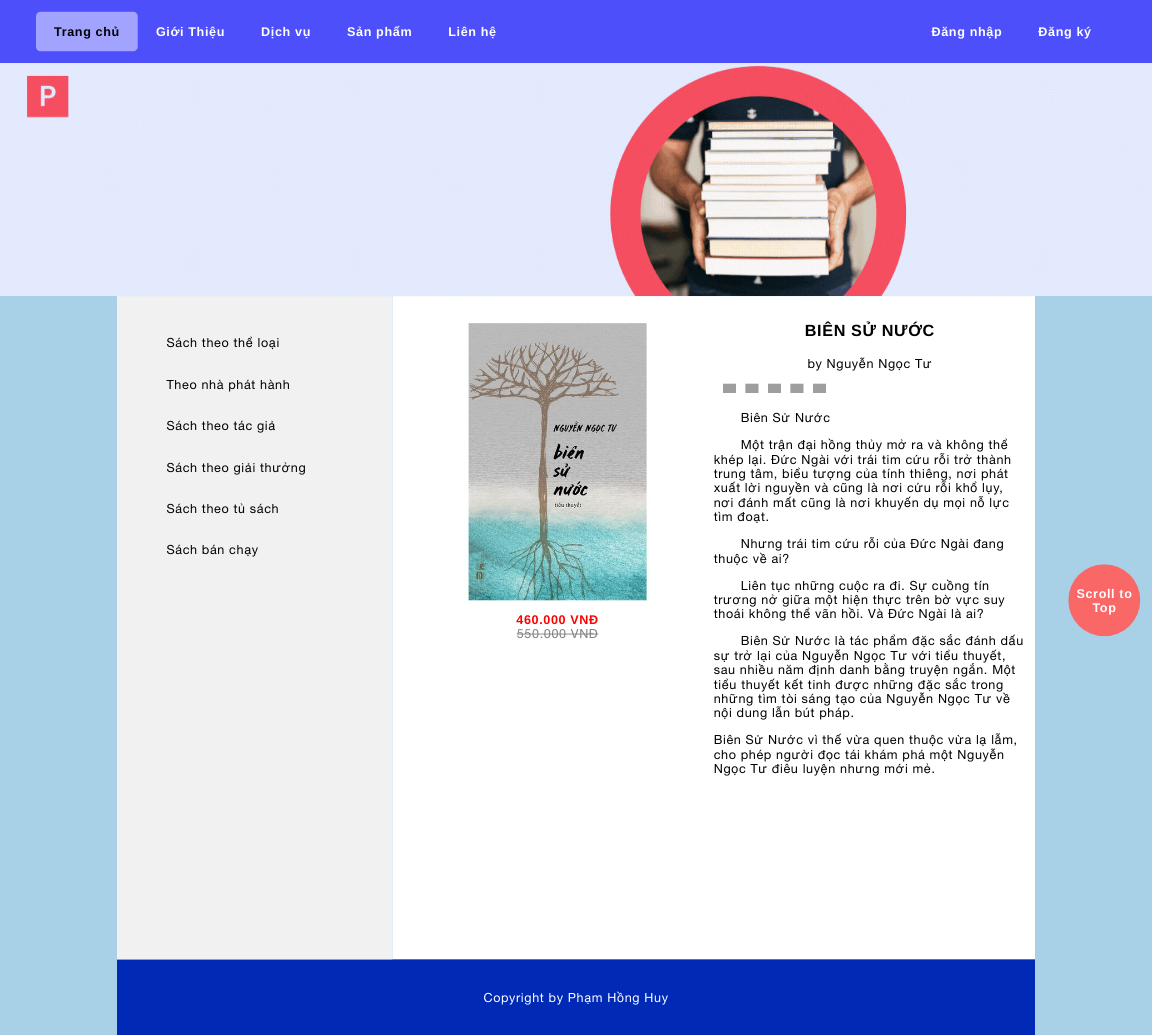
Repository: phamhonghuy/bookstore
Page: item1.html
These files come from the project's save history. The page is drawn as it stood at one moment and after a run of saves; the edit follows.
The browser window is 1280 px wide. The pictures show the whole page, at 90% of full size.
Pictures or frames that could not be fetched are drawn as grey boxes.

Above is the page before, as saved 2021-10-13 20:26:28.

### item1.html
<!DOCTYPE html>
<html lang="en">
<head>
    <meta charset="UTF-8">
    <title> Bookshop: Buy books online. Support local bookstores.</title>
    <link rel="stylesheet" href="css/style.css" type="text/css" />
    <link rel="shortcut icon" href="./KTGK/image/Logo.png" />

</head>


<div class="navbar">
  <ul>
    <li><a class="active" href="./index.html">Trang chủ</a></li>
    <li><a href="./about.html">Giới Thiệu</a>
          <ul >
            <li><a href="#">Chính sách</a></li>
            <li><a href="#">Mua hàng</a></li>
            <li><a href="#">Thanh toán</a>
            </li>
          </ul>
    </li>
    <li><a href="./services.html">Dịch vụ</a>
        <ul >
        <li><a href="#">Đọc Online</a></li>
        <li><a href="#">Tư liệu</a></li>
        </li>
        </ul>
    </li>
    <li><a href="./product.html">Sản phẩm</a>
        <ul >
        <li><a href="#">Sách trong nước</a></li>
        <li><a href="#">Sách nước ngoài</a></li>
        <li><a href="#">Sách số</a>
        </li>
        </ul>
    </li>
    <li><a href="./contact.html">Liên hệ</a></li>
  </ul>
  <div class ="login">
      <ul>
        <li><a href="./login.html">Đăng nhập</a></li>
        <li><a href="./signup.html"> Đăng ký</a></li>
      </ul>
  </div>
</div>
  <div class="header">
    <h1></h1>

  </div>


  <div class="row">
    <div class="side">
      <ul >
        <li><a href="#">Sách theo thể loại</a>
            <ul class="acer">
                <li><a href="#">Văn học</a></li>
                <li><a href="#">Kinh tế</a></li>
                <li><a href="#">Kỹ năng sống</a></li>
                </li>
            </ul>
        </li>
        <li><a href="#">Theo nhà phát hành</a>
            <ul class="dell">
                <li><a href="#">Phương Nam</a></li>
                <li><a href="#">NXB trẻ</a></li>
                <li><a href="#">Alpha Books</a></li>
            </ul>
        </li>
        <li><a href="#">Sách theo tác giả</a>
            <ul class="dell">
                <li><a href="#">Thích Nhất Hạnh</a></li>
                <li><a href="#">Phạm Công Luận</a></li>
                <li><a href="#">Tô Hoài</a></li>
            </ul>
        </li>
        <li><a href="#">Sách theo giải thưởng</a>
            <ul class="dell">
                <li><a href="#">Ưu thích</a></li>
                <li><a href="#">Nobel</a></li>
                <li><a href="#">Bầu chọn</a></li>
            </ul>
        </li>
        <li><a href="#">Sách theo tủ sách</a>
            <ul class="dell">
              <li><a href="#">Sách ưu đãi</a></li>
              <li><a href="#">Sống xanh</a></li>
              <li><a href="#">Top 100</a></li>
            </ul>
        </li>
        <li><a href="#">Sách bán chạy</a>
            <ul class="dell">
                <li><a href="#">Văn học</a></li>
                <li><a href="#">Thiếu nhi</a></li>
                <li><a href="#">Tuôi Teen</a></li>
            </ul>
        </li>
      </ul>
  </div>
  <div class="main">
    <div class="item-details">
     <a href="./item1.html"><img src="./KTGK/image/book1.jpg" alt="item1"></a>
      <div class="block-gia">
        <div class="gia">
        <div class="gia-ban"><strong>460.000 VNĐ</strong></div>
        <div class="gia-cu"><del>550.000 VNĐ</del></div>

        </div>
      </div>
      <form>
        <button name="buy_button" type="submit" onclick="alert('Đã thêm vào giỏ hàng.')" value="1">Mua Ngay</button>
      </form>
    </div>
    <div class="details">
      <p class="book-name">BIÊN SỬ NƯỚC</p>
      <p class="book-author">by Nguyễn Ngọc Tư</p>

      <div class="star">
        <span size="12x12" class="ratingStar"></span>
        <span size="12x12" class="ratingStar"></span>
        <span size="12x12" class="ratingStar"></span>
        <span size="12x12" class="ratingStar"></span>
        <span size="12x12" class="ratingStar"></span>
      </div>
    </br>
      <div class="book-description">
        <p class="book-description">Biên Sử Nước
        <p class="book-description">Một trận đại hồng thủy mở ra và không thể khép lại. Đức Ngài với trái tim cứu rỗi trở thành trung tâm, biểu tượng của tính thiêng, nơi phát xuất lời nguyền và cũng là nơi cứu rỗi khổ lụy, nơi đánh mất cũng là nơi khuyến dụ mọi nỗ lực tìm đoạt.</p>
        <p class="book-description">Nhưng trái tim cứu rỗi của Đức Ngài đang thuộc về ai?</p>
        <p class="book-description">
          Liên tục những cuộc ra đi. Sự cuồng tín trương nở giữa một hiện thực trên bờ vực suy thoái không thể vãn hồi.
          Và Đức Ngài là ai?</p>
        <p class="book-description">Biên Sử Nước là tác phẩm đặc sắc đánh dấu sự trở lại của Nguyễn Ngọc Tư với tiểu thuyết, sau nhiều năm định danh bằng truyện ngắn. Một tiểu thuyết kết tinh được những đặc sắc trong những tìm tòi sáng tạo của Nguyễn Ngọc Tư về nội dung lẫn bút pháp.</p>
        Biên Sử Nước vì thế vừa quen thuộc vừa lạ lẫm, cho phép người đọc tái khám phá một Nguyễn Ngọc Tư điêu luyện nhưng mới mẻ.</p>
      </div>
    </div>

    <button onclick='window.scrollTo({top: 0, behavior: "smooth"});' class="scrollTotop">Scroll to Top</button>

  </div>

  <div class="footer">
    <p>Copyright by Phạm Hồng Huy</p>
  </div>

</html>

### css/style.css
html {
  scroll-behavior: smooth;
}
* {
    box-sizing: border-box;
    font-family: Helvetica;
    letter-spacing: 0.7px;
    font-size: 14px;
  }
  @font-face {
    font-family:Helvetica;
    src: url(/font/helveticaneue.ttf);
}


body {
    font-family:inherit;
    margin: auto;
    font-size: 1em;
    min-width: 1200px;
    background-color: #A8D0E6;

  }

.header {
    text-align: center;
    height: 25vmax;
    background: #42c9ff;
    color: white;
    background-image: url(../KTGK/image/Banner.gif);
    background-repeat: no-repeat;
    background-size:cover;
    min-width: 900px;
    width: 100%;
  }

.navbar {
    display: flex;
    background-color: rgb(76, 79, 250);
    position:fixed;
    top: 0;
    width: 100%;
    height: 70px;
    align-items: center;
    z-index: 5;
  }
.navbar .active {
    background-color: rgb(161, 163, 255);
    color:#000;
    border-radius: 5px;
  }
.navbar div.login {
    display: flex;
    background-color: rgb(76, 79, 250);
    position:fixed;
    width: 300px;
    align-items: center;
    float: right;
    right: 5px;
  }

.navbar ul li a {
    color: white;
    padding: 14px 20px;
    text-decoration: none;
    text-align: center;
    font-weight: bold

  }
.navbar ul li ul li a {
    color: white;
    text-decoration: none;
    text-align: center;

  }
.navbar ul {
  display: flex;
  list-style-type: none;
  }

.navbar ul li:hover> ul {
  display: flex;
  visibility: visible;
  position: absolute;
  z-index: 3;
  overflow: hidden;
  animation: menuNar_Hover 0.5s;
  }
  @keyframes menuNar_Hover {
    from {background-color: #cfdef6; opacity: 0%;height: 0px;}
    to {background-color: #8fa5ff; opacity: 100%; height:150px;}
  }
.navbar ul a:hover {
    background:#c0cdff;
    color: #000;
    border-radius: 5px;
    animation-name: Navbar_Hover;
    animation-duration: 1.5s;

  }

  @keyframes Navbar_Hover {
    from {background-color: rgb(76, 79, 250);}
    to {background-color: #c0cdff;}
  }
  .navbar ul a:active {
    background-color: #c0cdff;
    color: #000;
    border-radius: 5px;

  }


.navbar ul li ul {
  display: flex;
  visibility: hidden;
  position: absolute;
  background:#8fa5ff;
  color: white;
  display: flex;
  flex-direction: column;
  top:60px;
  border-radius: 5px;
  list-style-type: none;
  padding-inline-start: 0px;
  height: 150px;
  margin:-5px auto;
  }

.navbar ul li ul li{
  margin: 15px;
  border-radius: 5px;
  }


.row {
    display: flex;
    flex-wrap: wrap;
    /* width: 90vmax; */
    margin: 0 130px 0;
    min-width: 900px;
  }

.side {
    flex: 30%;
    background-color: #f1f1f1;
    padding: 20px 0;
    z-index: 2;

  }
.side ul {
  list-style-type:none;
  width: 253px;
  }
.side li {
  list-style-type:none;
  }
.side li:hover> ul {
  opacity: 1;
  visibility: visible;
  animation: menuSide_Hover 0.5s linear;
  width: 230px;

  }
.side li:hover {
  background-color: #8fa5ff;
  animation-name: Side_Hover;
  animation-duration: 1.5s;
}

@keyframes menuSide_Hover {
  from {background-color: #cfdef6; opacity: 0%;width: 150px; }
  50% {width: 200px !important;}
  to {background-color: #8fa5ff; opacity: 100%; width: 230px;}
}
@keyframes Side_Hover {
  from {background-color: #cfdef6; color:#000;}
  to {background-color: #8fa5ff; color: #fff;}
}


.side ul li {
    padding: 10px;
    border-radius: 5px;
  }

.side ul ul {
  list-style-type:none;
  opacity: 0;
  visibility: hidden;
  position: absolute;
  left: 378px;
  margin: -26px 0 0 5px;
  padding-inline-start: 0;
  border-radius: 5px;
  overflow: hidden;
  text-overflow: ellipsis;
  }
.side ul ul li {
  background-color: #8fa5ff;
  margin:0;
  overflow: hidden;
  text-overflow: ellipsis;
  border-radius: 0%;
  }
.side ul ul li a {
  color: rgb(255, 255, 255);
  margin: 0;
  overflow: hidden;
  text-overflow: ellipsis;
  }

.side a {
  color: black;
  padding: 5px;
  }
.side a:link {
  text-decoration: none;
  }

.side ul {
    padding: 10px auto;
  }
.side ul li {
    padding: 10px auto;
    margin: 10px auto;
  }

.main {
    flex: 70%;
    display: flex;
    flex-direction: row;
    background-color: white;
    padding: 10px;
    flex-wrap: wrap;

  }
div.item {
    flex: 25%;
    border: 1px dotted rgb(93, 91, 91);
    border-radius: 5px;
    margin: 1vmax;
    padding:0.5vmax;
    text-align: center;
    font-size: 1em;
    display: block;
    position: relative;
  }
div.item-details {
    flex: 25%;
    /* border: 1px dotted rgb(93, 91, 91); */
    border-radius: 5px;
    margin: 1vmax;
    padding:0.5vmax;
    text-align: center;
    font-size: 1em;
    display: block;
    position: relative;
  }
div.item:hover {
  animation: Box-item-transform 0.5s;
  box-shadow: 5px 5px #808080;
  }
div.item-details:hover {
  animation: Box-item-details-transform 0.5s;
  }
  @keyframes Box-item-transform{
    from {  transform:scale(1);}
    50% {transform:scale(1.05);}
    to {  transform:scale(1);
      box-shadow: 5px 5px #808080 ; }

  }
  @keyframes Box-item-details-transform{
    from {  transform:scale(1);}
    50% {transform:scale(1.05);}
    to {  transform:scale(1);; }

  }
div.item:hover > form button {
  animation: Item_Hover 0.5s;
  visibility:visible;
  }
div.item-details:hover > form button {
  animation: Item_Hover 0.5s;
  visibility:visible;
  }
  @keyframes Item_Hover {
    from { color:#000; height: 0; transform: translateY(100%)}
    to { height: 70px;transform: translateY(0)}
  }

div.item form button  {
  height: 70px;
  width: 99%;
  background-color: rgb(245, 232, 190);
  visibility: hidden;
  color:#f00;
  font-size: large;
  font-weight: bold;
  border:none ;
  }
div.item-details form button  {
  height: 70px;
  width: 99%;
  background-color: rgb(245, 232, 190);
  visibility: hidden;
  color:#f00;
  font-size: large;
  font-weight: bold;
  border:none ;
  }

div.item img {
    width: 100%;
  }
div.item-details img {
    width: 100%;
  }
.block-gia {
  margin: 10px auto;
}
.gia-ban {
    color: #ff0000;
}
.gia-cu {
  font-size: 13px;
  color: #808080;
}


div.main button.scrollTotop{
  position: fixed;
  right: 1vmax;
  bottom: 1vmax;
  height: 80px;
  width: 80px;
  border-radius: 50%;
  border:none;
  background-color: rgb(250, 103, 103);
  color:white;
  font-weight: bold;

}

div.details {
  width: 50%;
  height: 100%;
}
div.details p.book-name {
  text-align: center;
  font-size: large;
  font-weight: bold;
}
div.details p.book-author {
  text-align: center;
}
div.details div.book-description {
  height: 600px;
}
div.details p.book-description {
  text-indent: 30px;
}

div.star {
  ;

}

.ratingStar {
  margin-left: 10px;
  width: 15px;
  height: 15px;
  float: left;
  background-repeat: no-repeat;
  background-image: url(../KTGK/image/star.png);
  font-size: 0;
  background-size: 15px;
}
div.main button.scrollTotop:hover {
animation:scrolltotop 1s ;
transition: width 0.5ss;
animation-direction: reverse;
}
@-webkit-keyframes scrolltotop {
  from{ background :rgb(250, 103, 103); }
  to  {background :rgb(95, 175, 250);  box-shadow: 5px 5px #808080;}
}
.footer {
  color: white;
    padding: 20px;
    text-align: center;
    background: rgb(0, 42, 182);
    width: 100%;
}

  @media screen and (max-width: 700px) {
    .row, .navbar {
      flex-direction: column;
    }
  }

Loaded but not shown: JS/script.js (no stored copy; drawn as an empty file)

After the next 2 saves:
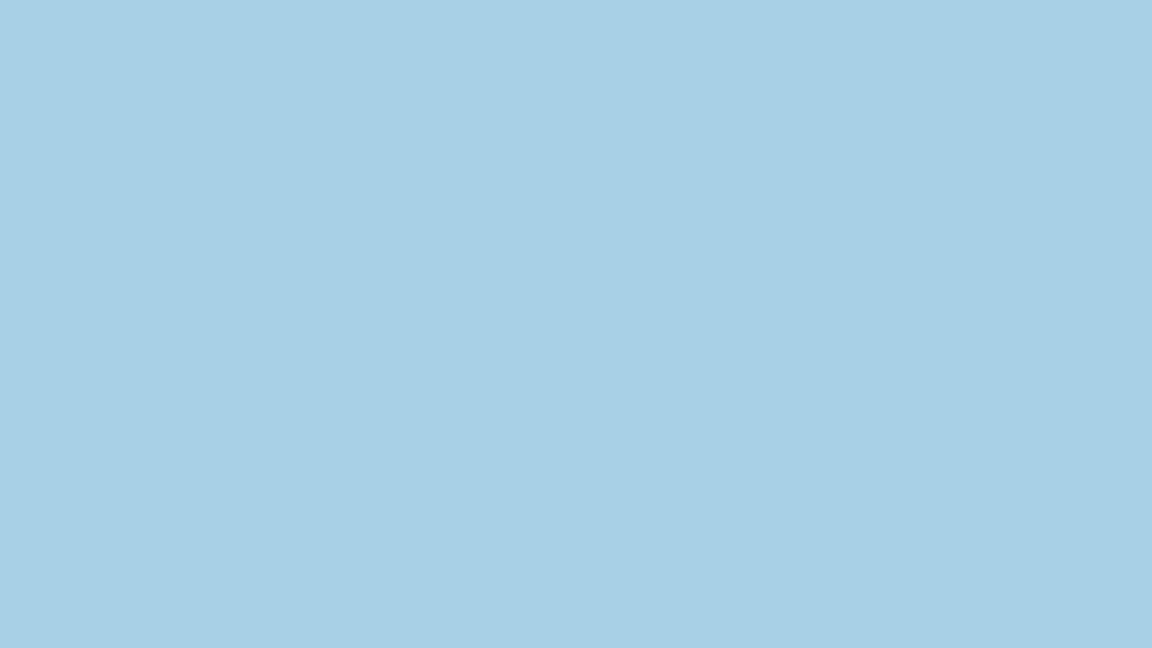
The 2 saves are shown as one change because they came seconds apart.
The last was saved 21 s later.
--- a/item1.html
+++ b/item1.html
@@ -5,7 +5,7 @@
     <title> Bookshop: Buy books online. Support local bookstores.</title>
     <link rel="stylesheet" href="css/style.css" type="text/css" />
     <link rel="shortcut icon" href="./KTGK/image/Logo.png" />
-
+    <script
 </head>
 
 

After the 5 saves that followed:
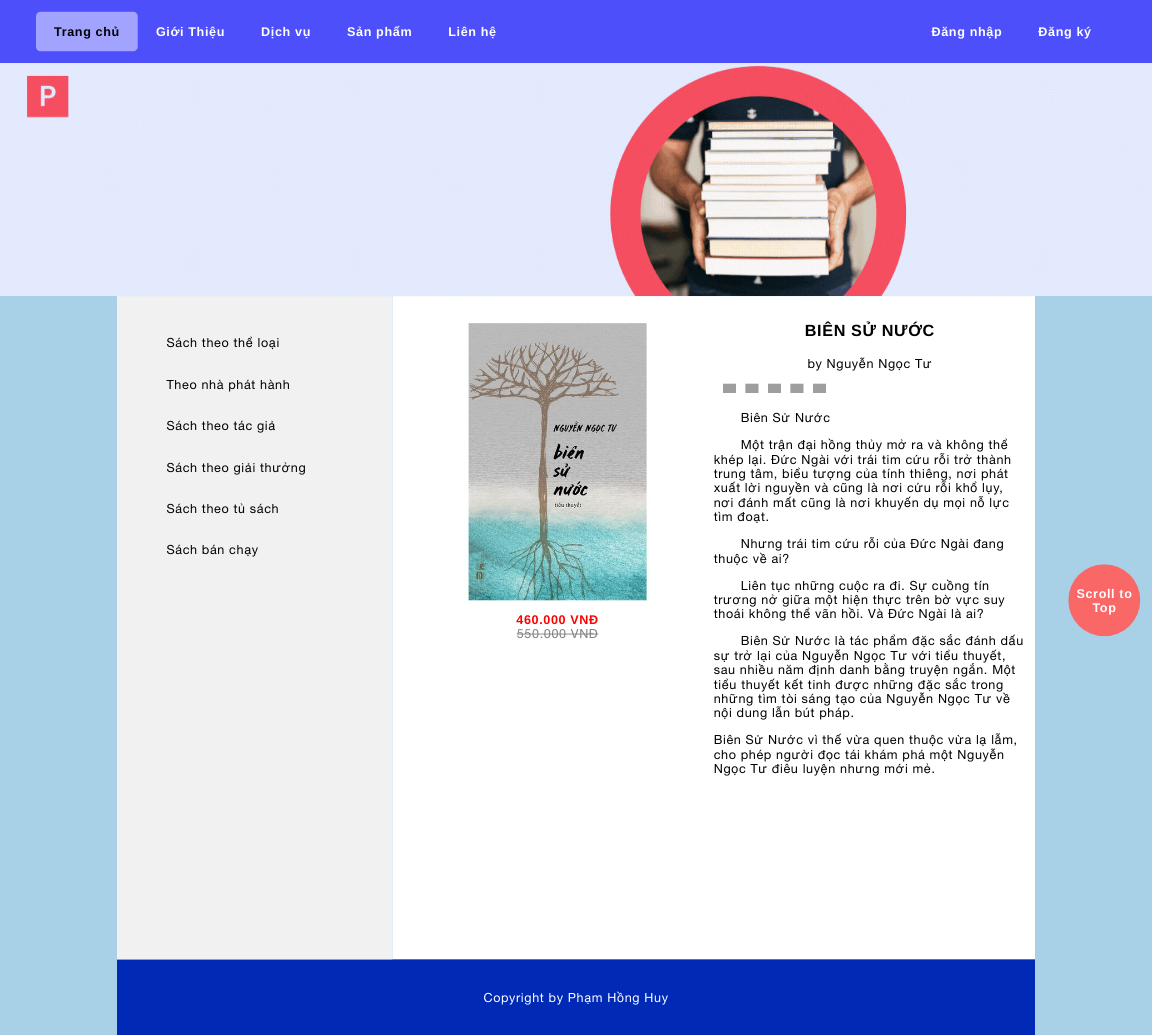
The 5 saves are shown as one change because 1 left the picture as it was and some came seconds apart.
The last was saved 24 s later.
--- a/item1.html
+++ b/item1.html
@@ -5,7 +5,7 @@
     <title> Bookshop: Buy books online. Support local bookstores.</title>
     <link rel="stylesheet" href="css/style.css" type="text/css" />
     <link rel="shortcut icon" href="./KTGK/image/Logo.png" />
-    <script
+    <script type="text/javascript" src="./KTGK/script.js"></script>
 </head>
 
 
